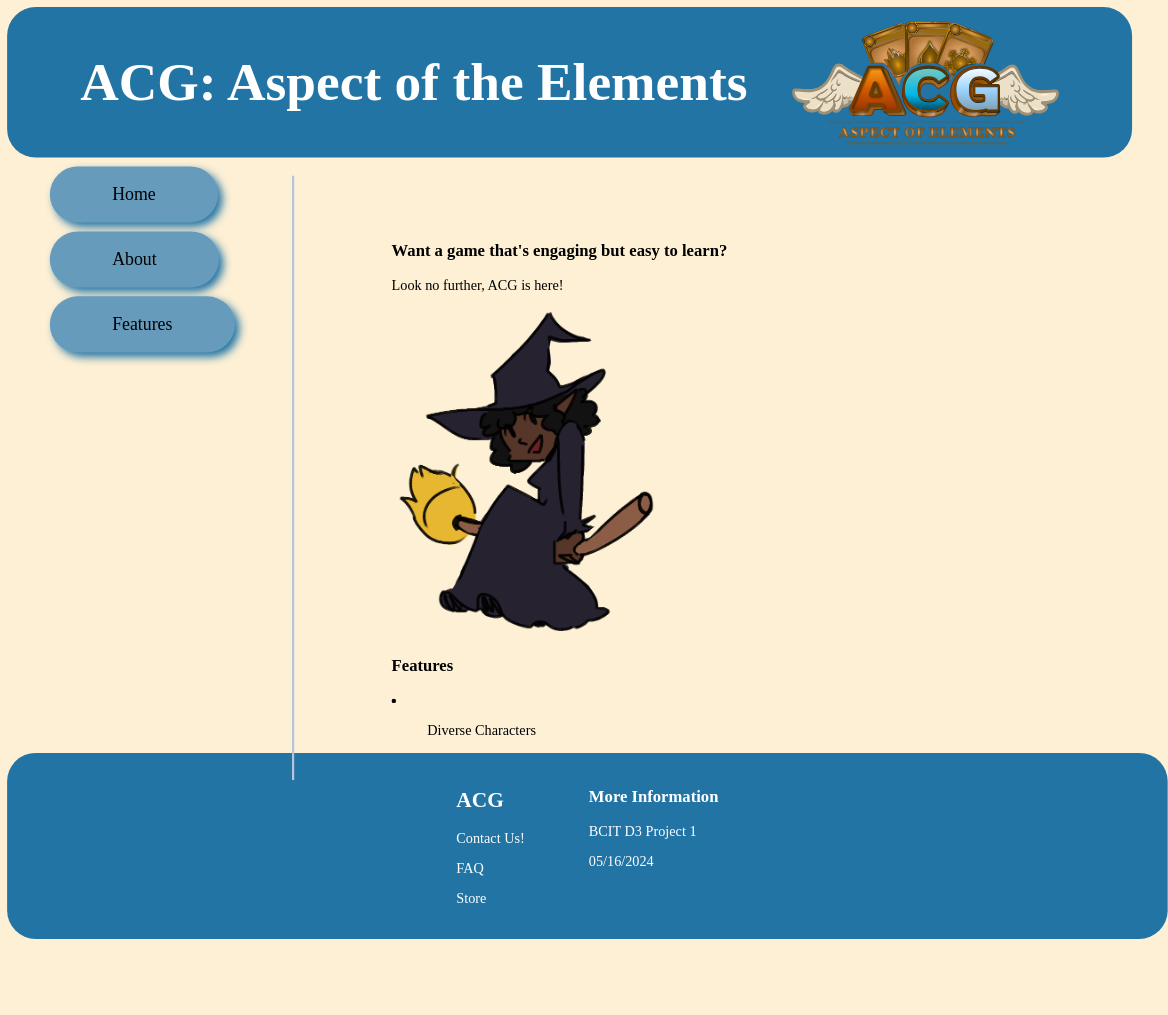
Repository: Delukalgh/ACG
Page: Features.html
These files come from the project's save history. The page is drawn as it stood at one moment and after the next save; the edit follows.
The browser window is 1280 px wide. The page is 1312 px wide, so the pictures cover 1312 px, including what lies to the right of the window. The pictures show the whole page, at 89% of full size.

Above is the page before, as saved 2024-05-15 15:35:39.

After the next save:
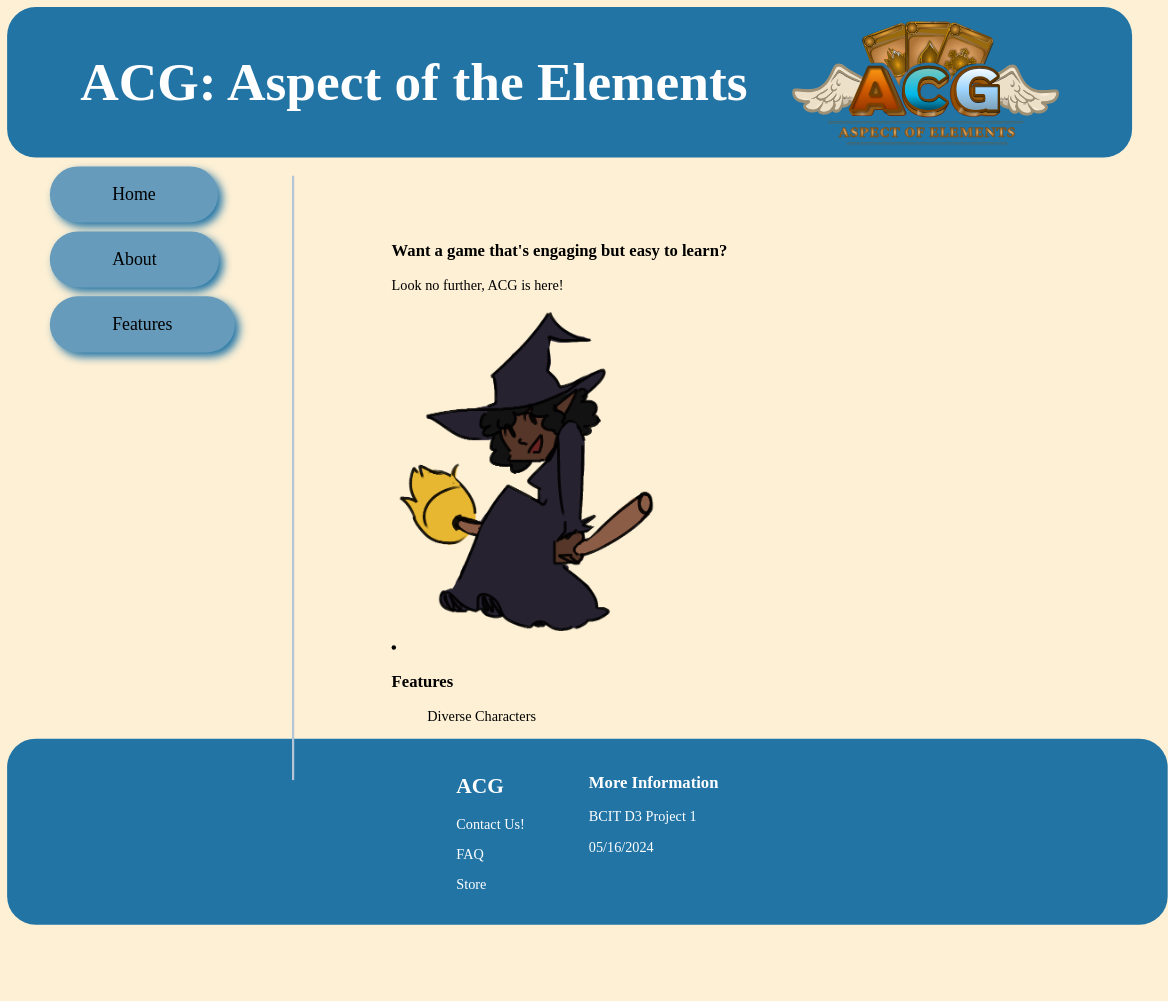
Saved 7 s later.
--- a/Features.html
+++ b/Features.html
@@ -44,8 +44,9 @@
       <p>Look no further, ACG is here!</p>
         <img src="images/IllustrationWitchGirl.png" width="300px"/>
 
-      <h3>Features</h3>
+
         <li>
+          <h3>Features</h3>
           <ul>Diverse Characters</ul>
         </li>
       </div>
